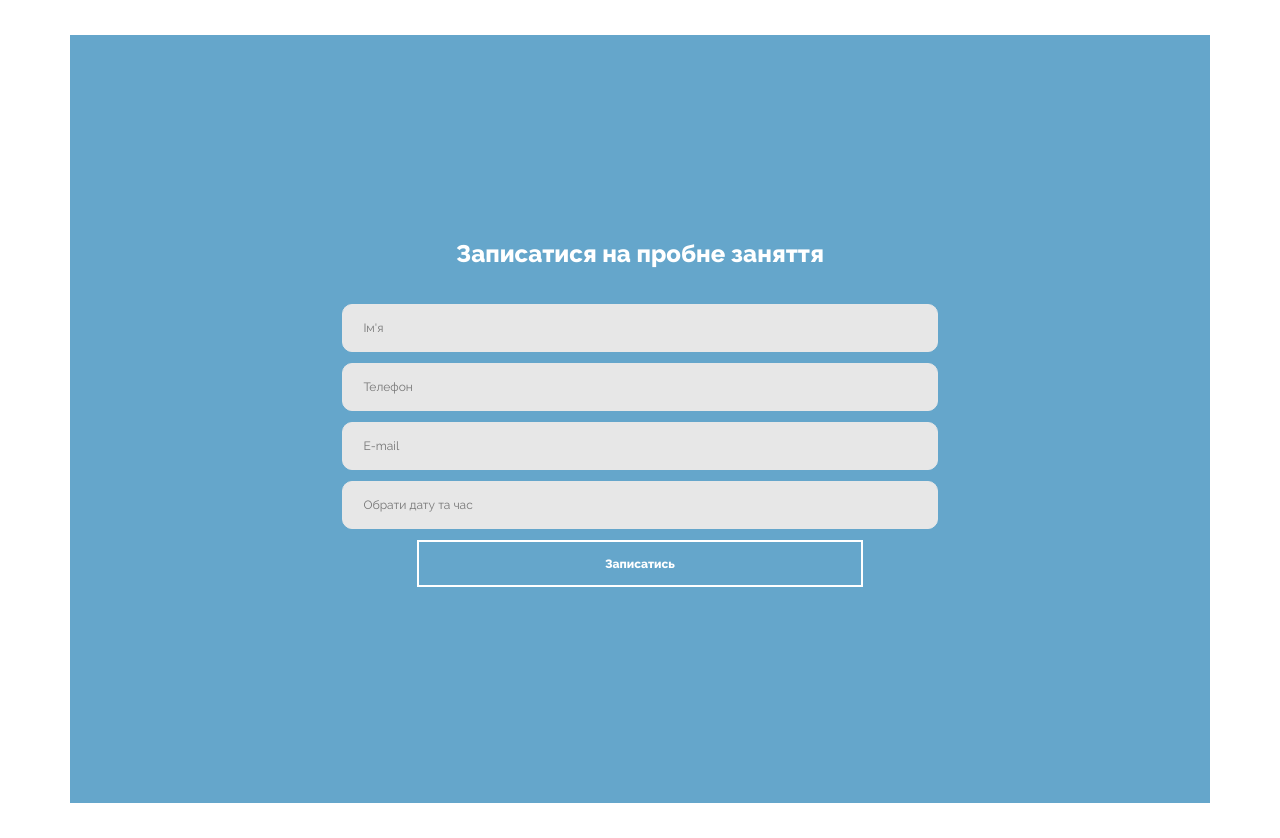
Repository: dimov63/math_tutor_predmetu
Page: index.html
An editor plug-in stored every save of this project. The page is shown before and after a run of saves, followed by the edit.
The browser window is 1280 px wide. The pictures show the whole page.
Some web libraries are served in a nearby version.

Above is the page before, as saved 2022-12-28 01:22:53.

After the next 3 saves:
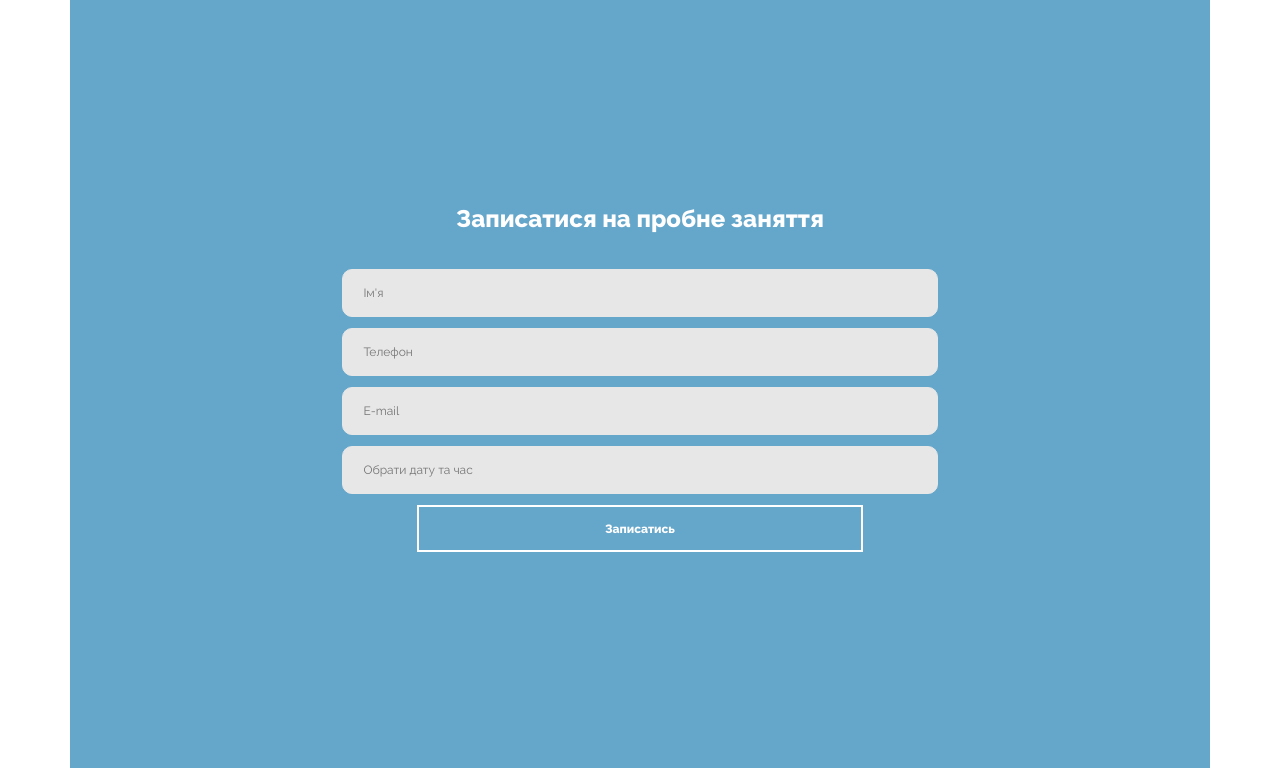
The 3 saves are shown as one change because they came seconds apart.
The last was saved 32 h 50 min later.
--- a/index.html
+++ b/index.html
@@ -290,7 +290,7 @@
         integrity="sha384-kenU1KFdBIe4zVF0s0G1M5b4hcpxyD9F7jL+jjXkk+Q2h455rYXK/7HAuoJl+0I4"
         crossorigin="anonymous"></script>
 
-        <div class="wrapper col">
+        <div class="wrappe_ащкьф col">
             <!-- <div class="col-xc-2 style: background-color: red">1</div>  -->
                 <div class="container col-xc-10">
                     <div class="forma col-xc-6">
